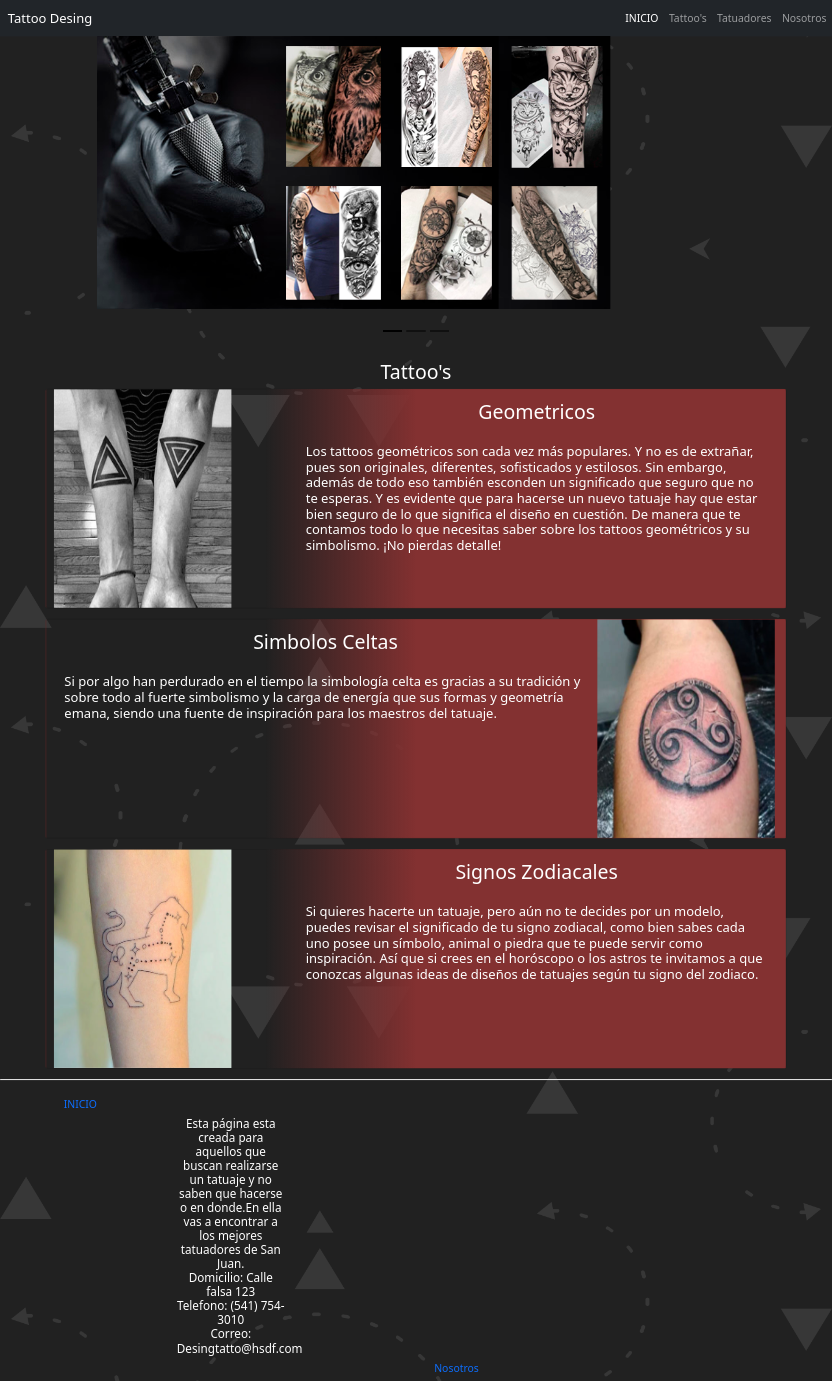
Repository: Vladimir-22/TatooDesign
Page: index.html
An editor plug-in stored every save of this project. The page is shown before and after the next save, followed by the edit.
The browser window is 1280 px wide. The pictures show the whole page, at 65% of full size.
Some web libraries are served in a nearby version.

Above is the page before, as saved 2021-05-19 21:52:59.

After the next save:
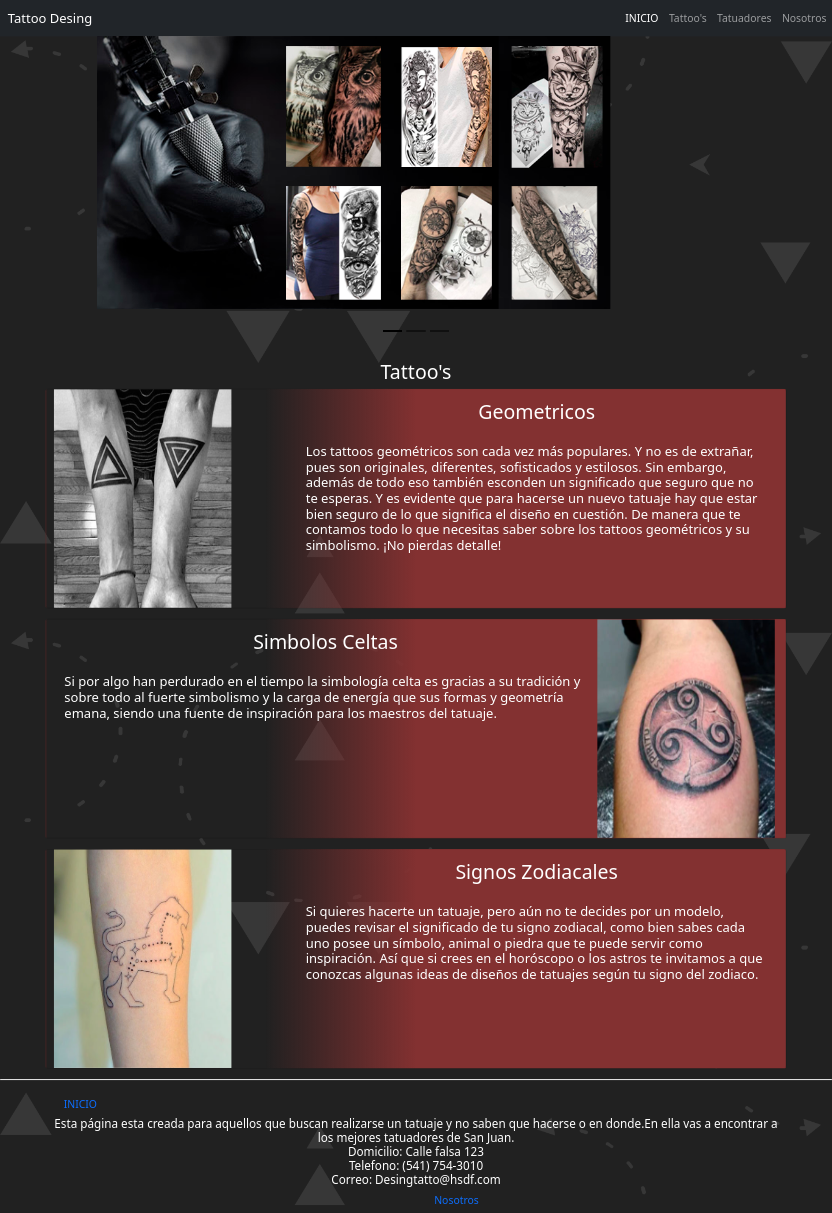
Saved 55 s later.
--- a/index.html
+++ b/index.html
@@ -267,7 +267,7 @@
     <div class="footer" id="footer">
       <div id="footer" class="card mb-3" style="auto"></div>
         <div class="container">
-            <div class="row alin">
+            <div class="row">
                 <div class="col-md-3">
                     <div class="col align-self-start">
                         <a class="nav-link active" aria-current="page" href="#">INICIO</a>
@@ -277,8 +277,7 @@
                 <div class="col-md-3"></div>
             </div>
             <div class="row">
-                <div class="col-md-2"></div>
-                <div class="col-md-2">
+                <div class="col-md-12">
                     <h3 id="descrip-gral" class="card-text">
                         Esta página esta creada para aquellos que buscan realizarse un
                         tatuaje y no saben que hacerse o en donde.En ella vas a
@@ -288,7 +287,6 @@
                         Correo: Desingtatto@hsdf.com<br />
                     </h3>
                 </div>
-                <div class="col-md-3"></div>
             </div>
             <div class="row">
                 <div class="col-md-3"></div>
